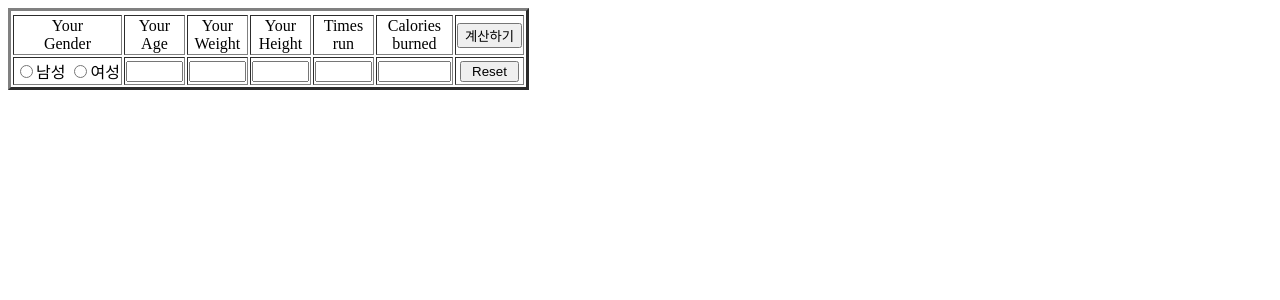
Repository: lgy880/AIWebDevelopment
Page: RUN_WAY/src/main/resources/static/html/ver2.html
These files come from the project's save history. The page is drawn as it stood at one moment and after a run of saves; the edit follows.
The browser window is 1280 px wide. The pictures show the whole page.
Empty fields were first filled with sample values (such as "Sample", 5 or name@example.com).
After loading, the first visible `input[onclick="ClearForm(this.form)"]` was clicked once.

Above is the page before, as saved 2021-08-05 07:11:21.
Console error: ReferenceError: $ is not defined

After the next 2 saves:
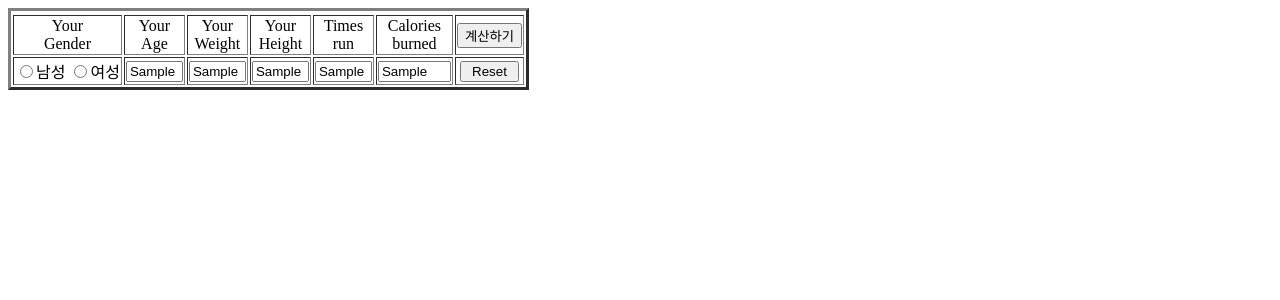
The 2 saves are shown as one change because they came seconds apart.
The last was saved 80 s later.
--- a/RUN_WAY/src/main/resources/static/html/ver2.html
+++ b/RUN_WAY/src/main/resources/static/html/ver2.html
@@ -5,28 +5,34 @@
 <title>Insert title here</title>
 </HEAD>
 <script type="text/javascript">
-		var myGender = $("#myGender").val();
-		var myAge = $("#myAge").val();
-		var myHeight = $("#myHeight").val();
-		var myWeight = $("#myWeight").val();
-		var myTime = $("#myTime").val()/60;
-		var predict_cal = 0;
+	$(document).ready(
+			function() {
+				var myGender = $("#myGender").val();
+				var myAge = $("#myAge").val();
+				var myHeight = $("#myHeight").val();
+				var myWeight = $("#myWeight").val();
+				var myTime = $("#myTime").val() / 60;
+				var predict_cal = 0;
 
-		$("#HowMany").click(function() {
-			predict_cal = (66 + (13.7 * myWeight(kg)) + (5 * myHeight(cm)) - (6.8 * myAge)) * 3 / 24 * myTime;
-			form.Fdiff.value = predict_cal;
-		});
+				$("#HowMany").click(
+						function() {
+							predict_cal = (66 + (13.7 * myWeight(kg))
+									+ (5 * myHeight(cm)) - (6.8 * myAge))
+									* 3 / 24 * myTime;
+							form.Fdiff.value = predict_cal;
+						});
 
-		function ClearForm(form) {
+				function ClearForm(form) {
 
-			form.myWeight.value = "";
-			form.myTime.value = "";
-			form.myAge.value = "";
-			form.myHeight.value = "";
-			form.Fdiff.value = "";
+					form.myWeight.value = "";
+					form.myTime.value = "";
+					form.myAge.value = "";
+					form.myHeight.value = "";
+					form.Fdiff.value = "";
 
-		}
-	</script>
+				}
+			});
+</script>
 <BODY>
 	<FORM METHOD="POST">
 		<TABLE border=3>
@@ -51,14 +57,13 @@
 				<TD><div align=center>
 						Calories<br>burned
 					</div></TD>
-				<TD><INPUT TYPE='BUTTON' id="HowMany"
-					VALUE="계산하기"></TD>
+				<TD><INPUT TYPE='BUTTON' id="HowMany" VALUE="계산하기"></TD>
 			</TR>
 			<tr>
 				<TD>
 					<div align=center>
-						<INPUT TYPE='radio' name="Male" value='Male'>남성
-						<INPUT TYPE='radio' name="Female" value='Female'>여성
+						<INPUT TYPE='radio' name="Male" value='Male'>남성 <INPUT
+							TYPE='radio' name="Female" value='Female'>여성
 					</div>
 				</TD>
 				<TD>
